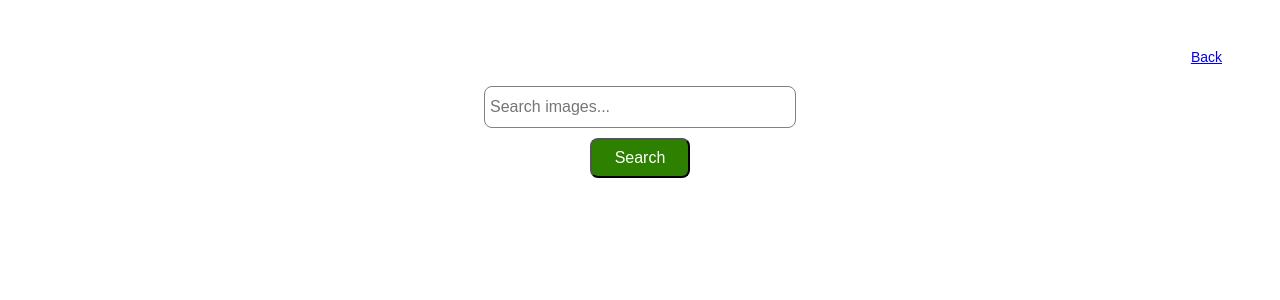
Repository: lyutok/cs50-search-project
Page: image.html
These files come from the project's save history. The page is drawn as it stood at one moment and after the next save; the edit follows.
The browser window is 1280 px wide. The pictures show the whole page.
The style sheet was rebuilt from its Sass, Less or Tailwind sources for each picture, by a compiler version that may differ from the author's.

Above is the page before, as saved 2025-07-07 13:45:48.

### image.html
<!DOCTYPE html>
<html lang="en">
<head>
    <meta name="viewport" content="width=device-width, initial-scale=1.0" charset="UTF-8">
    <title>Image Search</title>
    <link rel="stylesheet" href="styles.css">
    </head>
<body>
    <div>
        <a href="google.html">Back</a>
    </div>
    <form action="https://www.google.com/search" method="get">
        <input type="hidden" name="tbm" value="isch">
        <input type="text" name="q" placeholder="Search images..." required>
        <br>
        <button type="submit">Search</button>
    </form>
</body>
</html>

### styles.scss
$color: rgb(48, 177, 106);

a {
    font-size: 14px;
    padding: 10px;
}

body {
    font-family: Arial, sans-serif;
    padding: 20px;
    text-align: center;

    div {
        text-align: right;
        padding: 20px;
    }
}

input {
    width: 300px;
    height: 30px;
    border-radius: 8px;
    border: 1px solid grey;
    padding: 5px;
    font-size: 16px;
}

button {
    margin: 10px;
    border-radius: 8px;
    background-color: rgb(45, 128, 0);
    font-size: 16px;
    color: white;
    height: 40px;
    width: 100px;
}

#advanced {
  background-color: rgb(0, 85, 170);
  width: 200px;
}

button:hover {
                background-color: rgb(192, 196, 186);
            }

#advanced_page {
    text-align: left;
}

After the next save:
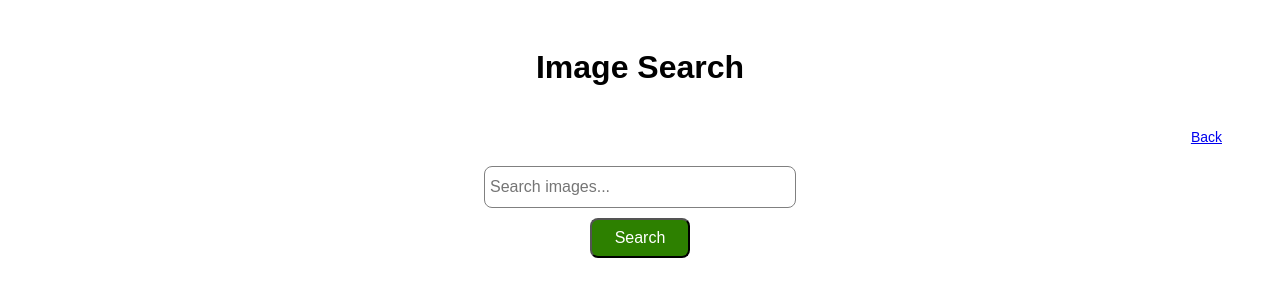
Saved 52 s later.
--- a/image.html
+++ b/image.html
@@ -6,6 +6,7 @@
     <link rel="stylesheet" href="styles.css">
     </head>
 <body>
+    <h1>Image Search</h1>
     <div>
         <a href="google.html">Back</a>
     </div>
